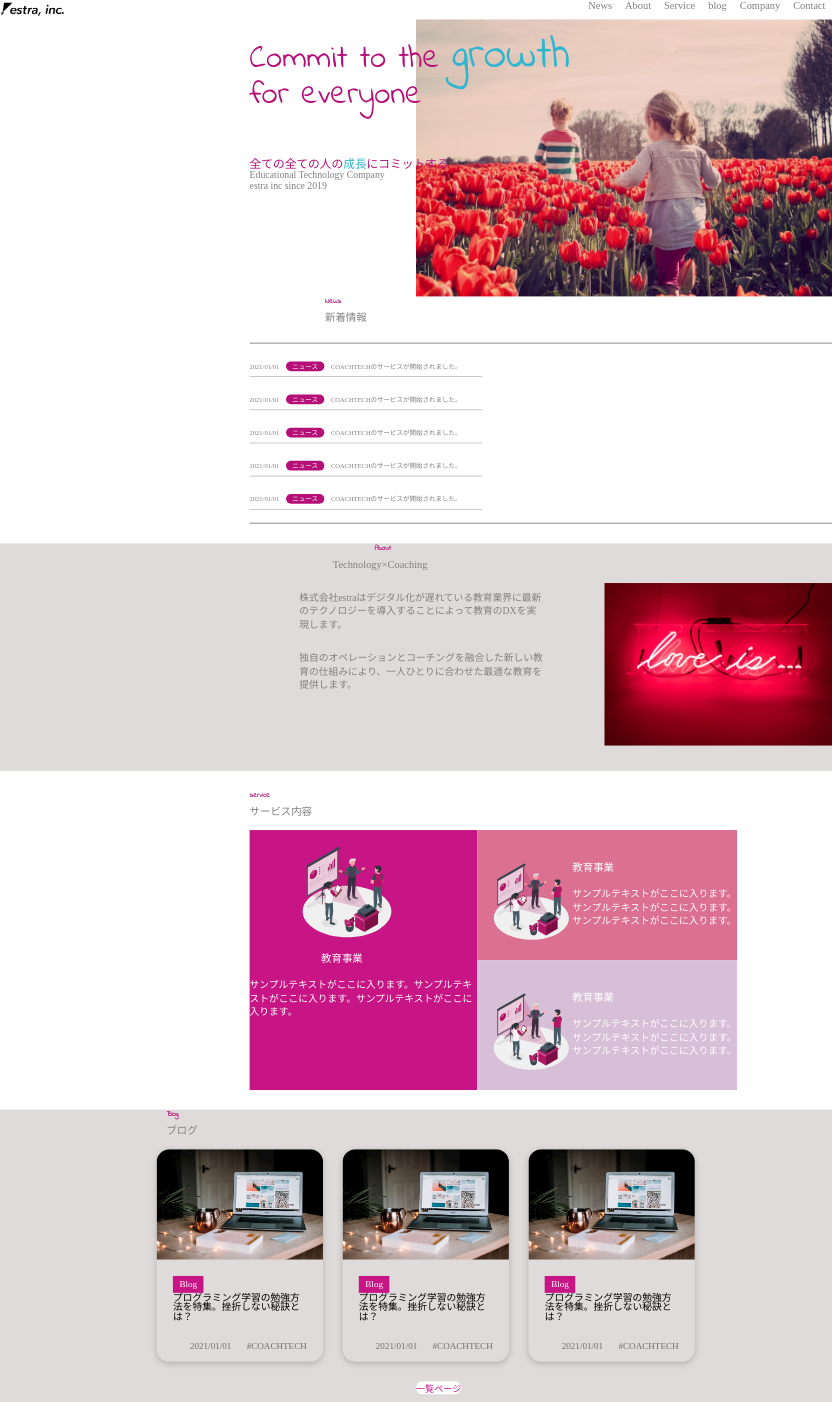
Repository: sigemasaasuka/20210902
Page: index.html
The author's editor kept a copy of each file at every save. The page is drawn from the files as they stood at one save, then again after the next save.
The browser window is 1280 px wide. The pictures show the whole page, at 65% of full size.

Above is the page before, as saved 2021-09-28 13:13:35.

### index.html
<!DOCTYPE html>
<html lang="ja">

<head>
  <meta charset="UTF-8">
  <meta name="viewport" content="width=device-width, initial-scale=1.0">
  <title>Document</title>
  <link rel="stylesheet" href="css/style.css">
  <link rel="stylesheet" href="css/reset.css">
  <link rel="preconnect" href="https://fonts.googleapis.com">
  <link rel="preconnect" href="https://fonts.gstatic.com" crossorigin>
  <link href="https://fonts.googleapis.com/css2?family=Indie+Flower&display=swap" rel="stylesheet">
</head>

<body>
  <div class="flex">
    <div class="logo">
      <img src="img/img/estra_logo.png" alt="estra_logo" width="100px" height="30px">
    </div>
    <div class="parent">
      <div class="child">News</div>
      <div class="child">About</div>
      <div class="child">Service</div>
      <div class="child">blog</div>
      <div class="child">Company</div>
      <div class="child">Contact</div>

    </div>
  </div>
  <div class="relative">
    <img class="relative__img" src="img/img/firstview.jpg" alt="firstview">
    <div class="example">
      <h1>Commit to the <span class="document"> growth</span> <br>for everyone</h1>
    </div>
    <div class="second">
      <h3>全ての全ての人の<span class="second-txt">成長</span>にコミットする</h3>
      <p class="subtitle">Educational Technology Company<br>estra inc since 2019</p>
    </div>
  </div>
  <div class="smlltitle">
    <h6>News</h6>
  </div>
  <div class="list">
    <h3>新着情報</h3>
  </div>
  <div class="local">
    <div class="info">
      <p>
        2021/01/01　<a class="practice__btn">ニュース</a>　COACHTECHのサービスが開始されました。
      </p>
    </div>
    <div class="info">
      <p>
        2021/01/01　<a class="practice__btn">ニュース</a>　COACHTECHのサービスが開始されました。
      </p>
    </div>
    <div class="info">
      <p>
        2021/01/01　<a class="practice__btn">ニュース</a>　COACHTECHのサービスが開始されました。
      </p>
    </div>
    <div class="info">
      <p>
        2021/01/01　<a class="practice__btn">ニュース</a>　COACHTECHのサービスが開始されました。
      </p>
    </div>
    <div class="info">
      <p>
        2021/01/01　<a class="practice__btn">ニュース</a>　COACHTECHのサービスが開始されました。
      </p>
    </div>
  </div>
  <div class="colored">
    <div class="smlltitle-2">
      <h6>About</h6>
    </div>
    <div class="list-2">
      <h3>Technology×Coaching</h3>
    </div>
    <div class="flex">
    <div class="info-txt">
      <div class="relate">
        株式会社estraはデジタル化が遅れている教育業界に最新のテクノロジーを導入することによって教育のDXを実現します。
      </div>
      <div class="relate-txt">
        独自のオペレーションとコーチングを融合した新しい教育の仕組みにより、一人ひとりに合わせた最適な教育を提供します。
      </div>

    </div>
      <div class="about">
        <img class="picture__img" src="img/img/about.jpg" alt="about">
      </div>
  </div>
  </div>

  <div class="service">
    <div class="smlltitle-3">
      <h6>service</h6>
    </div>
    <div class="list-3">
      <h3>サービス内容</h3>
    </div>
    <div class="contents">
    <div class="colored2">
      <div class="photo">
        <img class="service__img" src="img/img/service__first.svg" alt="service">
      </div>
      <div class="title">
        <h3>教育事業</h3>
      </div>
      <div class="explain">
        サンプルテキストがここに入ります。サンプルテキストがここに入ります。サンプルテキストがここに入ります。
      </div>
    </div>
  <div class="contents2">
    <div class="contents2">
  <div class="colored3">
    <div class="photo2">
      <img class="service__img1" src="img/img/service__first.svg" alt="service">
    </div>
    <div>
    <div class="title2">
      <h3>教育事業</h3>
    </div>
    <div class="explain2">
      サンプルテキストがここに入ります。サンプルテキストがここに入ります。サンプルテキストがここに入ります。
    </div>
  </div>
  </div>
  </div>

  <div class="colored4">
    <div class="photo2">
      <img class="service__img1" src="img/img/service__first.svg" alt="service">
    </div>
    <div>
    <div class="title2">
      <h3>教育事業</h3>
    </div>
    <div class="explain2">
      サンプルテキストがここに入ります。サンプルテキストがここに入ります。サンプルテキストがここに入ります。
    </div>
  </div>
  </div>
</div>
</div>
</div>
   <div class="colored5">
    <div class="smlltitle-4">
      <h6>Blog</h6>
    </div>
    <div class="list-4">
      <h3>ブログ</h3>
   </div>
    <div class="flex__item">
      <div class="practice__card">
        <div class="blog__first">
          <img src="img/img/blog__first.jpg" alt="blog">
        </div>
        <div class="card__content">
          <div class="card__cat">Blog</div>
          <h2 class="card__ttl">プログラミング学習の勉強方法を特集。挫折しない秘訣とは？</h2>
          <div class="tag">
            <p class="card__tag">2021/01/01</p>
            <p class="card__date">#COACHTECH</p>
          </div>
        </div>
      </div>
      <div class="practice__card">
        <div class="blog__first">
          <img src="img/img/blog__first.jpg" alt="blog">
        </div>
        <div class="card__content">
          <div class="card__cat">Blog</div>
          <h2 class="card__ttl">プログラミング学習の勉強方法を特集。挫折しない秘訣とは？</h2>
          <div class="tag">
            <p class="card__tag">2021/01/01</p>
            <p class="card__date">#COACHTECH</p>
          </div>
        </div>
      </div>
      <div class="practice__card">
        <div class="blog__first">
          <img src="img/img/blog__first.jpg" alt="blog">
        </div>
        <div class="card__content">
          <div class="card__cat">Blog</div>
          <h2 class="card__ttl">プログラミング学習の勉強方法を特集。挫折しない秘訣とは？</h2>
          <div class="tag">
            <p class="card__tag">2021/01/01</p>
            <p class="card__date">#COACHTECH</p>
          </div>
        </div>
      </div>
    </div>
    <div class="card__cat2">一覧ページ</div>
   </div>


</body>

</html>

### css/style.css
.img {
  text-align: left;
}

.parent {
  display: flex;
  justify-content: space-between;
  color: gray;
}

.child {
  margin: 0 10px;
  font-weight: lighter;
}

.logo {
  width: 100px;
}
.flex {
  display: flex;
  justify-content: space-between;
  height: 30px;
}

.relative {
  position: relative;
}

.relative__img {
  margin: 0 0 0 auto;
  display: block;
  width: 50%;
}

.example {
  position: absolute;
  top: 5%;
  left: 30%;
  font-size: 50px;
  color: #b41078;
  font-family: "Indie Flower", cursive;
}

.document {
  top: 5%;
  left: 30%;
  font-size: 70px;
  color: #30b6cf;
  font-family: "Indie Flower", cursive;
}

.second {
  position: absolute;
  top: 50%;
  left: 30%;
  font-size: 18px;
  color: #b41078;
}

.second-txt {
  top: 50%;
  left: 30%;
  font-size: 18px;
  color: #30b6cf;
}

.subtitle {
  margin: 0;
  font-size: 15px;
  color: gray;
  font-weight: lighter;
}

.smlltitle {
  color: #b41078;
  font-family: "Indie Flower", cursive;
  margin-left: 500px;
}

.list {
  color: gray;
  margin-left: 500px;
  margin-top: 10px;
}

.local {
  margin-top: 30px;
  margin-left: 30%;
  margin-right: 30px;
  border-color: rgb(170, 168, 168);
  border-top: solid 2px rgb(170, 168, 168);
  border-bottom: solid 2px rgb(170, 168, 168);
  width: 70%;
}

.info {
  margin-bottom: 20px;
  border-width: 0 0 1px 0;
  border-style: solid;
  line-height: 30px;
  border-color: rgb(173, 171, 171);
  margin-top: 20px;
  padding-left: 0;
  font-size: 10px;
  color: gray;
  width: 40%;
}

.practice__btn {
  width: 100px;
  padding: 2px 10px;
  color: #fff;
  border-radius: 30px;
  background-color: #b41078;
  text-align: center;
  margin: 0 auto 0;
}

.colored {
  height: 350px;
  background-color: rgb(224, 219, 219);
  margin-top: 30px;
}
.smlltitle-2 {
  color: #b41078;
  font-family: "Indie Flower", cursive;
  margin-left: 45%;
}

.list-2 {
  color: gray;
  margin-left: 40%;
  margin-top: 10px;
}

.relate {
  color: gray;
  font-size: 15px;
  margin-left: 55%;
  margin-top: 30px;
}

.relate-txt {
  color: gray;
  font-size: 15px;
  margin-left: 55%;
  margin-top: 30px;
}

.picture__img {
  margin-top: 20px;
  width: 350px;
  height: 250px;
}

.smlltitle-3 {
  color: #b41078;
  font-family: "Indie Flower", cursive;
  margin-left: 30%;
  margin-top: 30px;
}

.list-3 {
  color: gray;
  margin-left: 30%;
  margin-top: 10px;
}

.contents {
  display: flex;
}
.colored2 {
  background-color: #c71585;
  margin-top: 20px;
  margin-left: 30%;
  width: 350px;
  height: 400px;
}

.service__img {
  width: 300px;
  height: 150px;
  margin-top: 20px;
}

.title {
  margin-top: 20px;
  color: #fff;
  margin-left: 110px;
}

.explain {
  margin-top: 20px;
  color: #fff;
  font-size: 15px;
}
.contents2 {
  display: flex;
  flex-direction: column;
  justify-content: space-around;
}
.colored3 {
  display: flex;
  background-color: #db7093;
  margin-top: 20px;
  width: 400px;
  height: 200px;
}

.service__img1 {
  width: 340px;
  height: 220px;
  margin-left: 20px;
}

.title2 {
  margin-top: 20px;
  color: #fff;
  margin-top: 50px;
  margin-left: 20px;
}

.explain2 {
  margin-top: 20px;
  margin-left: 20px;
  color: #fff;
  font-size: 15px;
}

.colored4 {
  display: flex;
  background-color: #d8bfd8;
  width: 400px;
  height: 200px;
}

.colored5 {
  height: 450px;
  background-color: rgb(224, 219, 219);
  margin-top: 30px;
}

.smlltitle-4 {
  color: #b41078;
  font-family: "Indie Flower", cursive;
  margin-left: 20%;
  margin-top: 30px;
}

.list-4 {
  color: gray;
  margin-left: 20%;
  margin-top: 10px;
}

.flex__item {
  border-radius: 20px;
  display: flex;
  justify-content: center;
}

.practice__card {
  margin-top: 20px;
  margin-left: 30px;
  width: 20%;
  border-radius: 20px;
  box-shadow: 0px 3px 10px rgba(0, 0, 0, 0.2);
}

.blog__first {
  overflow: hidden;
  border-top-left-radius: 20px;
  border-top-right-radius: 20px;
}

.card__img img {
  width: 100%;
}

.card__content {
  padding: 15px 25px;
}

.card__ttl {
  font-size: 15px;
  margin-bottom: 30px;
  font-weight: 400;
}

.card__cat {
  padding: 5px 10px;
  background: #c71585;
  margin-top: 10px;
  display: inline-block;
  color: #fff;
  font-size: 14px;
}

.tag {
  font-size: 14px;
  text-align: right;
}

.card__tag {
  display: inline-block;
  color: rgb(112, 110, 110);
  margin-left: 10px;
}

.card__date {
  display: inline-block;
  margin-left: 20px;
  color: rgb(112, 110, 110);
}

.card__cat2 {
  padding: 20px px;
  background: white;
  margin-top: 30px;
  margin-left: 50%;
  display: inline-block;
  color: #c71585;
  font-size: 14px;
  border-radius: 30px;
}

### css/reset.css
@charset "UTF-8";
html,
body,
div,
span,
applet,
object,
iframe,
h1,
h2,
h3,
h4,
h5,
h6,
p,
blockquote,
pre,
a,
abbr,
acronym,
address,
big,
cite,
code,
del,
dfn,
em,
img,
ins,
kbd,
q,
s,
samp,
small,
strike,
strong,
sub,
sup,
tt,
var,
b,
u,
i,
center,
dl,
dt,
dd,
ol,
ul,
li,
fieldset,
form,
label,
legend,
table,
caption,
tbody,
tfoot,
thead,
tr,
th,
td,
article,
aside,
canvas,
details,
embed,
figure,
figcaption,
footer,
header,
hgroup,
menu,
nav,
output,
ruby,
section,
summary,
time,
mark,
audio,
video {
  margin: 0;
  padding: 0;
  border: none;
  font-style: normal;
  text-align: left;
  zoom: 1;
}
article,
aside,
details,
figcaption,
figure,
footer,
header,
hgroup,
menu,
nav,
section {
  display: block;
}
table {
  border-collapse: collapse;
  font-family: inherit;
}
h1,
h2,
h3,
h4,
h5 {
  font-size: 100%;
  font-weight: normal;
  line-height: 1;
}
input,
textarea,
select {
  font-family: inherit;
  font-size: 16px;
}
input[type="button"],
input[type="text"],
input[type="submit"] {
  -webkit-appearance: none;
  border-radius: 0;
}
textarea {
  resize: none;
  -webkit-appearance: none;
  border-radius: 0;
}
th,
td {
  border-collapse: collapse;
}
table th,
table td {
  white-space: nowrap;
}
ul,
ol {
  list-style-type: none;
}
img {
  vertical-align: text-bottom;
  vertical-align: -webkit-baseline-middle;
  max-width: 100%;
  height: auto;
  width/***/: auto;
}

After the next save:
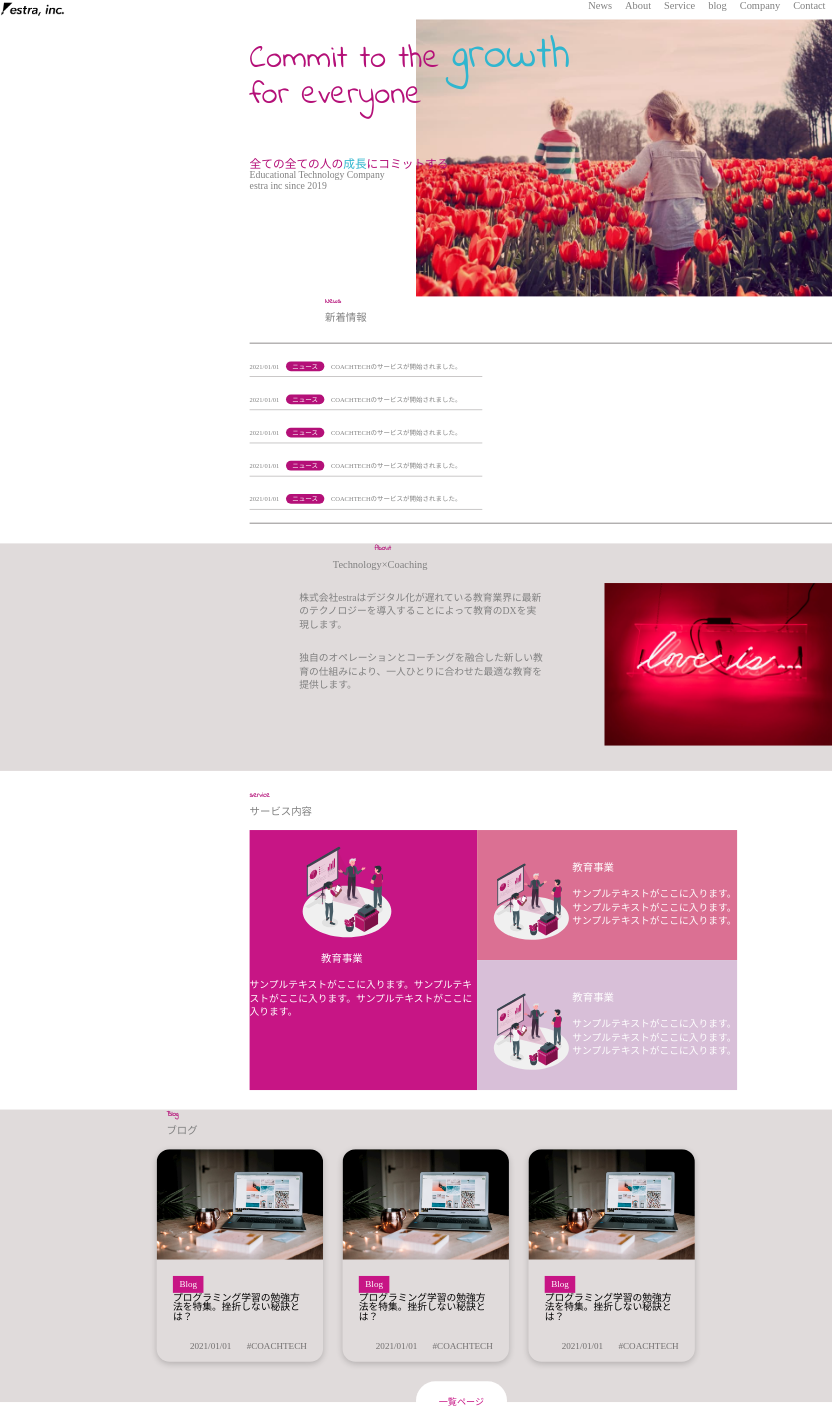
Saved 5 s later.
--- a/css/style.css
+++ b/css/style.css
@@ -314,7 +314,7 @@
 }
 
 .card__cat2 {
-  padding: 20px px;
+  padding: 20px 35px;
   background: white;
   margin-top: 30px;
   margin-left: 50%;
